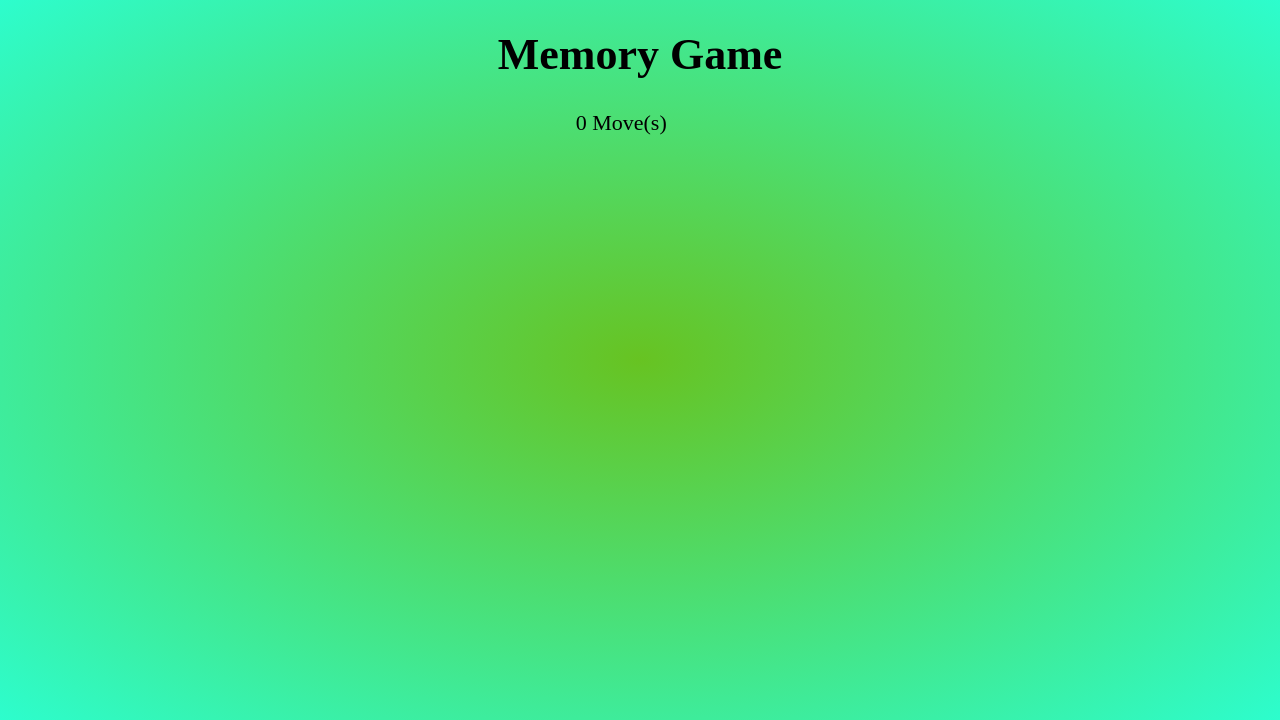
Repository: jamaral14/interactive-frontend-development-milestone-project
Page: index.html
The author's editor kept a record of every edit. The page is drawn from the files as they stood at one moment, then again after the next edit.
The browser window is 1280 px wide. The pictures show the whole page.
Some web fonts or font styles are not loaded; a fallback is used. Some web libraries are served in a nearby version.

Above is the page before.

### index.html
<!DOCTYPE html>
<html lang="en">

<head>
    <meta charset="UTF-8">
    <meta name="viewport" content="width=device-width, initial-scale=1.0">
    <meta http-equiv="X-UA-Compatible" content="ie=edge">
    <title>Mix Or Match</title>

    <link rel="stylesheet prefetch" href="https://maxcdn.bootstrapcdn.com/font-awesome/4.6.1/css/font-awesome.min.css">
    <link rel="stylesheet prefetch" href="https://fonts.googleapis.com/css?family=Coda">
    <link rel="stylesheet" href="css/style.css">
    <script src="https://ajax.googleapis.com/ajax/libs/jquery/3.3.1/jquery.min.js"></script>
    <script src="https://ajax.googleapis.com/ajax/libs/jquery/3.3.1/jquery.min.js"></script>

    </head>

      <body>


    <div class="container">
       <div class="title">
      <h1>Memory Game</h1>
    </div>

       <section class="score-panel">


        	<span class="moves">0</span> Move(s)

            <div class="timer">
            </div>
 </section>

      </body>

</html>

### css/style.css
/*----------------------------------html and body--------------------- */

html {
    box-sizing: border-box;
}

*, /* universal selector ----> https://css-tricks.com/almanac/selectors/u/universal/ */
*:before,
*:after {
 box-sizing: inherit;
}

html,
body {
    width: 100%;
    height: 100%;
    margin: 0;
    padding: 0;
}

body {
    background: radial-gradient(#67c322, #2dfdcd);
    font-family: 'Permanent Marker', cursive;
    font-size: 16px;
}
/*----------------------------------container and title style--------------------- */

.container {
    display: flex;
    justify-content: center;
    align-items: center;
    flex-direction: column;
}

h1 {
    font-family: 'Gloria Hallelujah', cursive;
    display: block;
    font-size: 2em;
    font-weight: bold;
}

/*----------------------------------Resert button--------------------- */
.restart-button-wrapper {
    margin: .5rem 0 2rem;
}

.restart-button {     /*-----------------Button -------->  https://getbootstrap.com/docs/4.0/components/buttons/-------- */
    cursor: pointer;
    background-color: #005ADC;
    border: none;
    color: #fefdfb;
    padding: 1rem 2rem;
    text-align: center;
    font-size: 1.1rem;
    border-radius: 2.3rem;
    box-shadow: 2px 3px 3px #383838;
    transition: background-color 300ms;
    margin-top: 20px;
}
/*----------------------------------deck styes--------------------- */
.memory-game {
    width: 85%;
    background: none;
    padding: 1rem;
    display: flex;
    flex-wrap: wrap;
    justify-content: space-around;
    align-items: center;
    margin: 0 0 3em;
    border-radius: 80px;
}




.memory-game .card {
    height: 3.7rem;
    width: 3.7rem;
    margin: 0.2rem 0.2rem;
    background: -webkit-repeating-linear-gradient(60deg, #333,      #02b3e4 5px,      #333 6px,      #333 6px,      #02b3e4 7px),
    -webkit-repeating-linear-gradient(266deg,      #02b3e4,      #02b3e4 5px,      #e5f720 6px,      #e5f720 6px,      #333 7px); /*https://cssgradient.io/blog/repeating-linear-gradient-css/*/
    font-size: 0;
    color: #ffffff;
    border-radius: 75px;
    cursor: pointer;
    display: flex;
    justify-content: center;
    align-items: center;
}

.memory-game .card.open {
    transform: rotateY(0);
    background: #02b3e4;
    cursor: default;
    animation-name: flipInY;
    -webkit-backface-visibility: visible !important;
    backface-visibility: visible !important;
    animation-duration: .75s;
}

.memory-game .card.show {
    font-size: 33px;
}

.memory-game .card.match {
    cursor: default;
    background: #E5F720;
    font-size: 33px;
    animation-name: rubberBand;
    -webkit-backface-visibility: visible !important;
    backface-visibility: visible !important;
    animation-duration: .75s;
}

.memory-game .card.unmatched {
       animation-name: pulse;
    -webkit-backface-visibility: visible !important;
    backface-visibility: visible !important;
    animation-duration: .75s;
    background: #e2043b;
}

.score-panel .restart {
    float: right;
    cursor: pointer;
}


.timer {
    display: inline-block;
    margin: 0 1rem;
}


.memory-game .card.disabled {
    pointer-events: none;
    opacity: 0.9;
}
/*----------------------------------overlay--------------------- */
.overlay {
	position: fixed;
	top: 0;
	bottom: 0;
	left: 0;
	right: 0;
	background: rgba(0, 0, 0, 0.7);
	transition: opacity 500ms;
	visibility: hidden;
	opacity: 0;
}

.overlay:target {
	visibility: visible;
	opacity: 1;
}

/*----------------------------------Popup--------------------- */

.popup {
	margin: 70px auto;
	padding: 20px;
	background: #ffffff;
	border-radius: 5px;
	width: 85%;
	position: relative;
	transition: all 5s ease-in-out;
	font-family: 'Gloria Hallelujah', cursive;
}

.popup h2 {
	margin-top: 0;
	color: #333;
	font-family: Tahoma, Arial, sans-serif;
}

.popup .close {
	position: absolute;
	top: 20px;
	right: 30px;
	transition: all 200ms;
	font-size: 30px;
	font-weight: bold;
	text-decoration: none;
	color: #333;
}

.popup .close:hover {
	color: #E5F720;
}

.popup .content-1,
.content-2 {
	max-height: 30%;
	overflow: auto;
	text-align: center;
}

.show {
	visibility: visible !important;
	opacity: 100 !important;
}


#play-again {
	background-color: #141214;
	padding: 0.7rem 1rem;
	font-size: 1.1rem;
	display: block;
	margin: 0 auto;
	width: 50%;
	font-family: 'Gloria Hallelujah', cursive;
	color: #ffffff;
	border-radius: 5px;
}


/*----------------------------------Keyframes--------------------- */


  @keyframes flipInY {    /*https://www.tutorialspoint.com/css/css_animation_flip*/
	from {
		transform: perspective(400px) rotate3d(0, 1, 0, 90deg);
		animation-timing-function: ease-in;
		opacity: 0;
	}

	40% {
		transform: perspective(400px) rotate3d(0, 1, 0, -20deg);
		animation-timing-function: ease-in;
	}

	60% {
		transform: perspective(400px) rotate3d(0, 1, 0, 10deg);
		opacity: 1;
	}

	80% {
		transform: perspective(400px) rotate3d(0, 1, 0, -5deg);

}

}



@keyframes rubberBand {
	from {
		transform: scale3d(1, 1, 1);
	}

	30% {
		transform: scale3d(1.25, 0.75, 1);
	}

	40% {
		transform: scale3d(0.75, 1.25, 1);
	}

	50% {
		transform: scale3d(1.15, 0.85, 1);
	}

	65% {
		transform: scale3d(.95, 1.05, 1);
	}

	75% {
		transform: scale3d(1.05, .95, 1);
	}

	to {
		transform: scale3d(1, 1, 1);
	}
}


@keyframes pulse {
	from {
		transform: scale3d(1, 1, 1);
	}

	50% {
		transform: scale3d(1.2, 1.2, 1.2);
	}

	to {
		transform: scale3d(1, 1, 1);
	}
}


/*------------------------------------------------Media queries-----------------------*/


@media (max-width: 320px) {
		.memory-game {
		width: 85%;
	}

	.memory-game .card {
		height: 4.7rem;
		width: 4.7rem;
	}
}





@media (min-width: 768px) {
	.container {
		font-size: 22px;
	}

	.memory-game {
		width: 660px;
		height: 680px;
	}

	.memory-game .card {
		height: 125px;
		width: 125px;
	}

	.popup {
		width: 60%;
	}
}

/*-@media* (sm)devices-Phones->(min-width:320px) (md) tablets (min-width:768px) (lg) desktop (min-width:992px) (xl) (min-width:1200px) /

After the next edit:
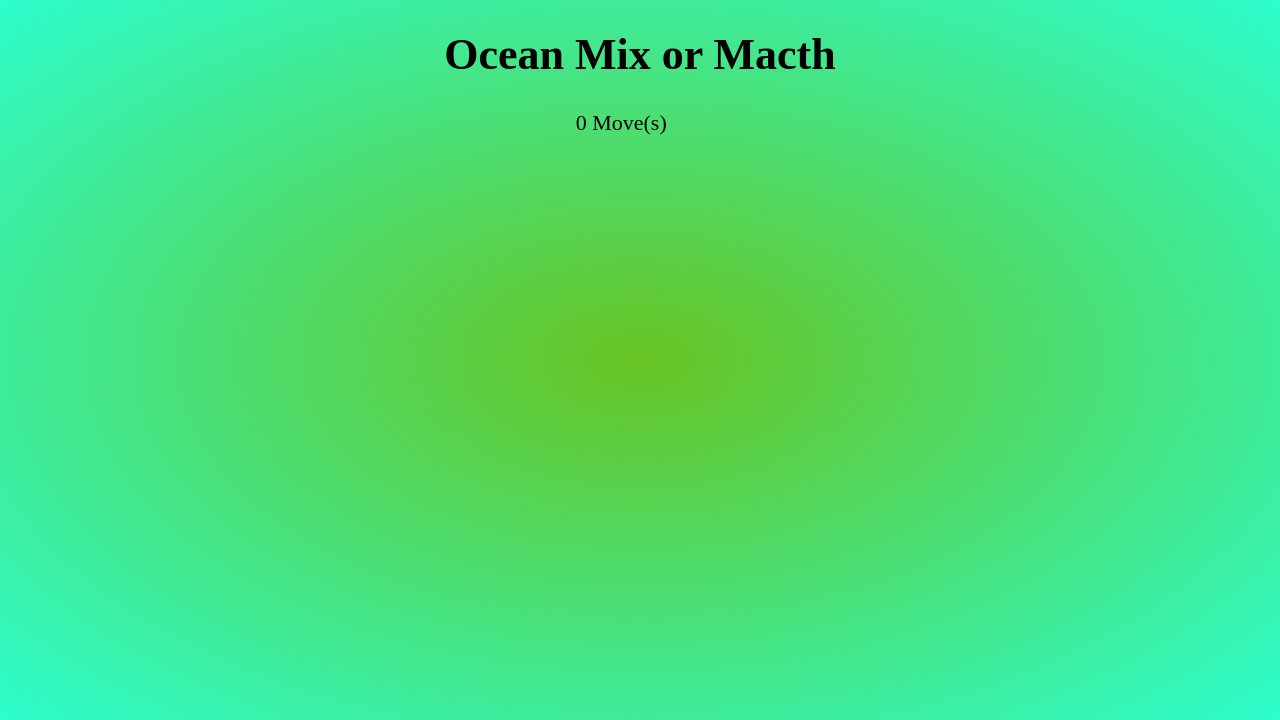
The edit:
--- a/index.html
+++ b/index.html
@@ -20,7 +20,7 @@
 
     <div class="container">
        <div class="title">
-      <h1>Memory Game</h1>
+      <h1>Ocean Mix or Macth</h1>
     </div>
 
        <section class="score-panel">
